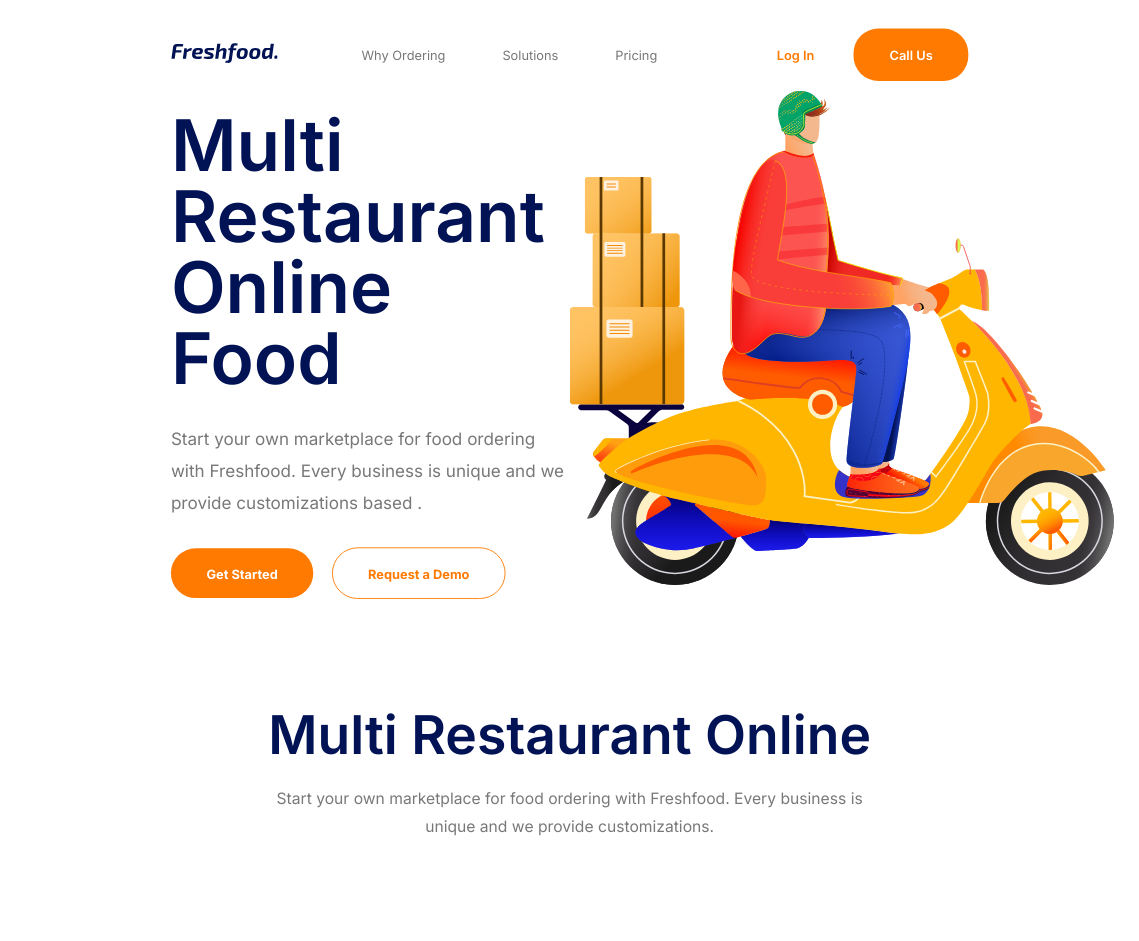
Repository: badhon252/FreshFood
Page: index.html
An editor plug-in stored every save of this project. The page is shown before and after the next save, followed by the edit.
The browser window is 1280 px wide. The pictures show the whole page, at 89% of full size.
The style sheet was rebuilt from its Sass, Less or Tailwind sources for each picture, by a compiler version that may differ from the author's.

Above is the page before, as saved 2022-09-06 00:44:33.

After the next save:
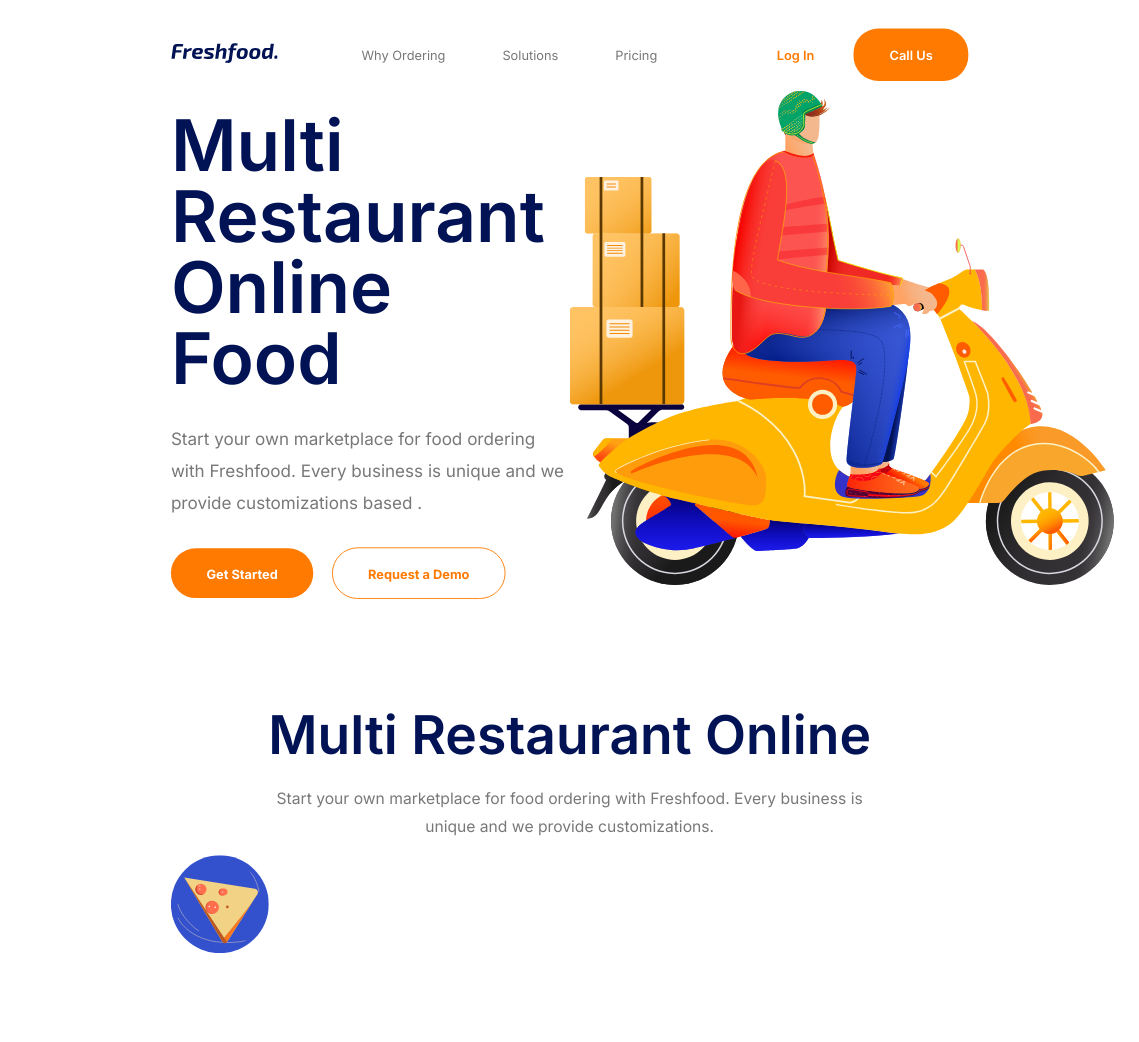
Saved 94 s later.
--- a/index.html
+++ b/index.html
@@ -48,6 +48,11 @@
         <h1>Multi Restaurant Online</h1>
         <p>Start your own marketplace for food ordering with Freshfood. Every business is <br> unique and we provide
             customizations.</p>
+        <div class="row">
+            <div class="col-md-4"><img src="./images/Group 4461.svg" alt=""></div>
+            <div class="col-md-4"></div>
+            <div class="col-md-4"></div>
+        </div>
     </section>
 </body>
 
